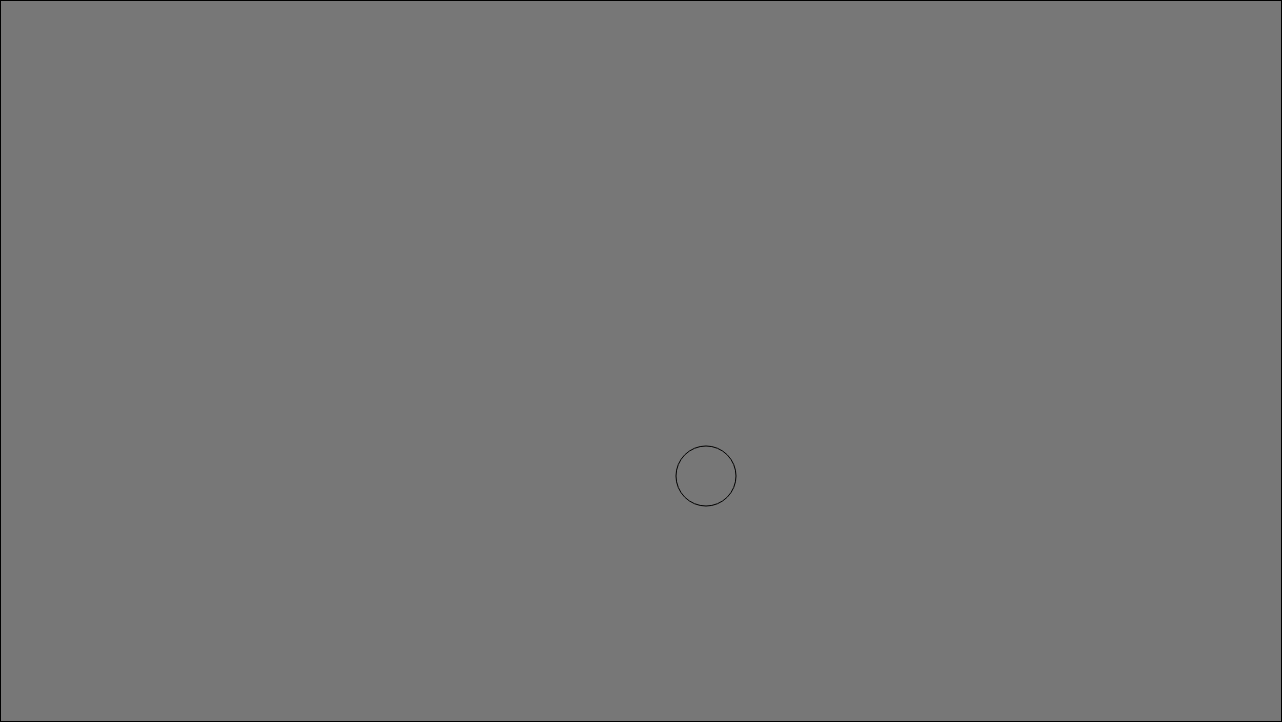
Repository: tenlekdan/particle-effect
Page: inidex.html
These files come from the project's save history. The page is drawn as it stood at one moment and after the next save; the edit follows.
The browser window is 1280 px wide. The page is 1282 px wide, so the pictures cover 1282 px, including what lies to the right of the window. The pictures show the whole page.

Above is the page before, as saved 2019-12-26 17:17:39.

After the next save:
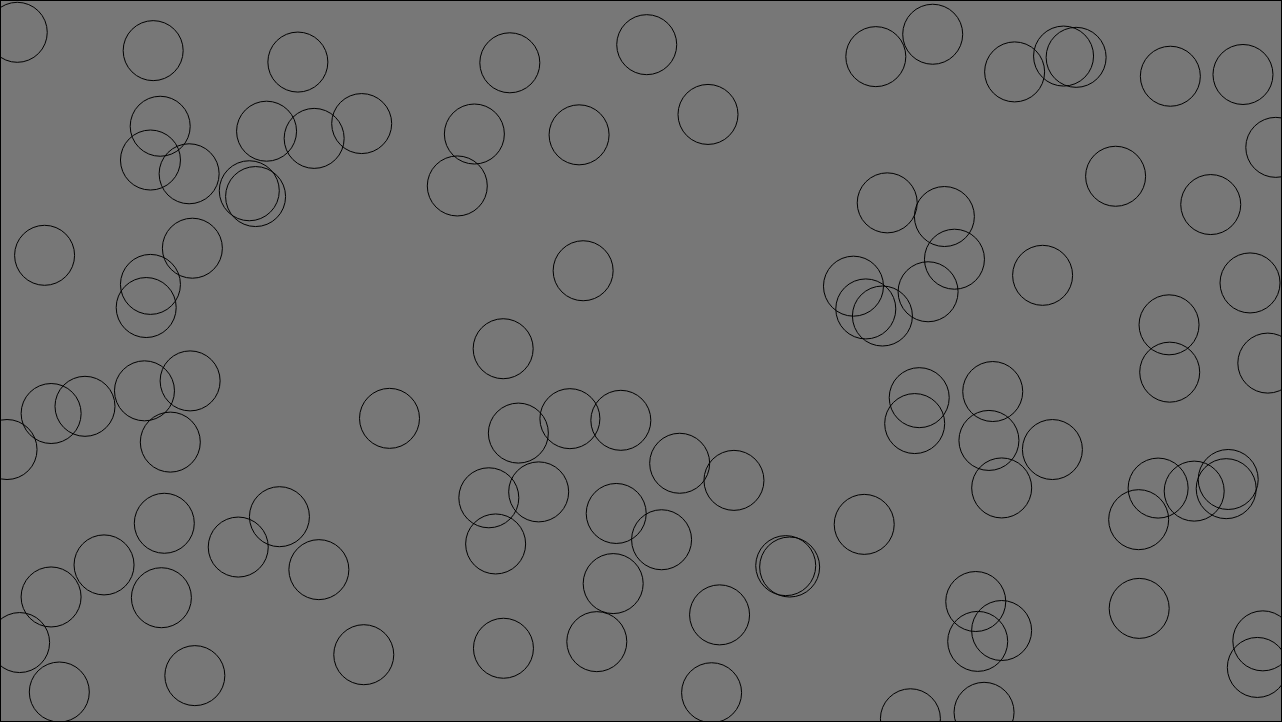
Saved 93 s later.
--- a/canvas.js
+++ b/canvas.js
@@ -64,7 +64,9 @@
     var animate = () => {
         requestAnimationFrame(animate);
         c.clearRect(0, 0, innerWidth, innerHeight);
-        circle.update();
+        for (let i = 0; i < circleList.length; i++) {
+            circleList[i].update();
+        }
     }
 
     animate();
